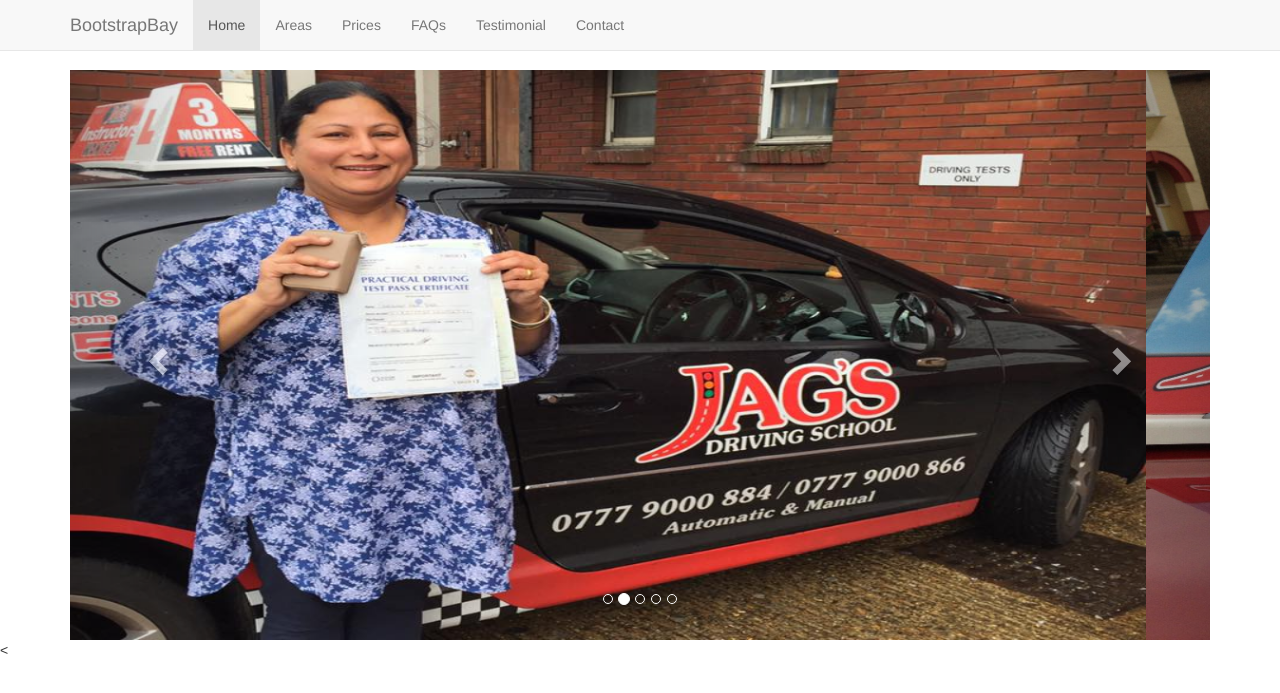
Repository: jafar70/Jags-Driving-School-Website
Page: index.html
The author's editor kept a record of every edit. The page is drawn from the files as they stood at one moment, then again after the next edit.
The browser window is 1280 px wide. The pictures show the whole page.
Some web libraries are served in a nearby version.

Above is the page before.

After the next edit:
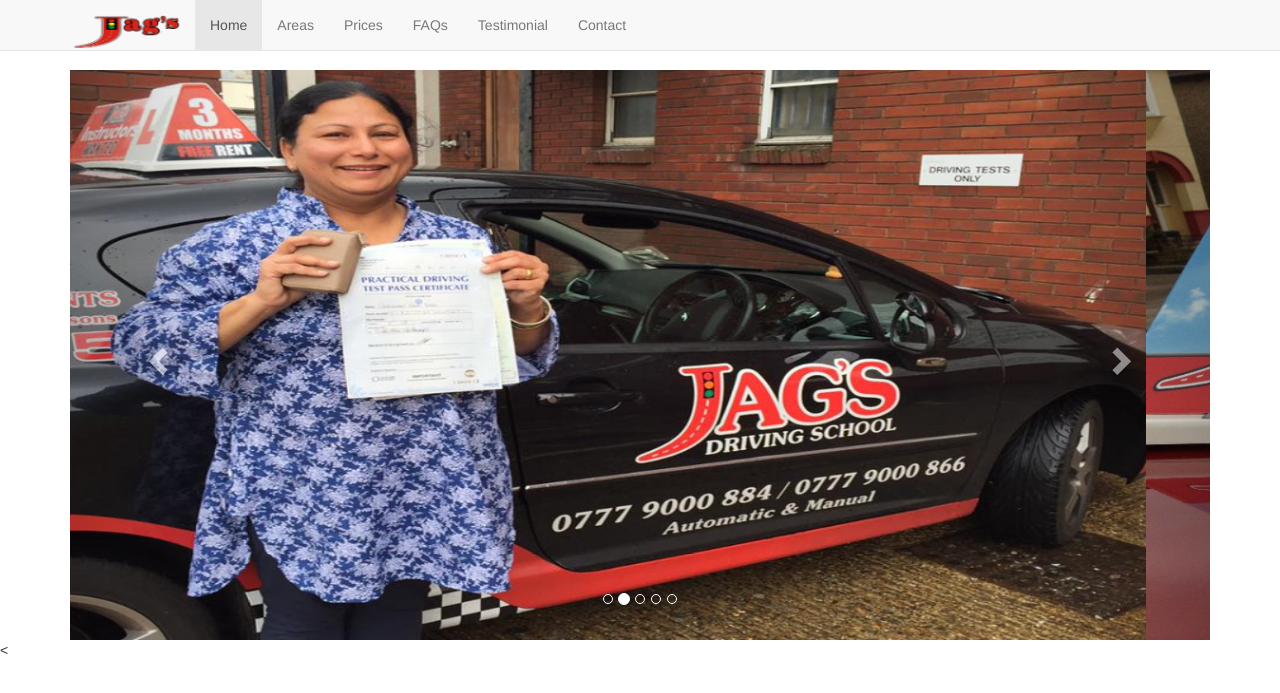
The edit:
--- a/index.html
+++ b/index.html
@@ -17,7 +17,7 @@
             <span class="icon-bar"></span>
             <span class="icon-bar"></span>
           </button>
-          <a class="navbar-brand" href="#">BootstrapBay</a>
+          <a class="navbar-brand" href="#"><img src="img/jlogo.png"></img></a>
         </div>
         <div class="navbar-collapse collapse">
           <ul class="nav navbar-nav navbar-left">
